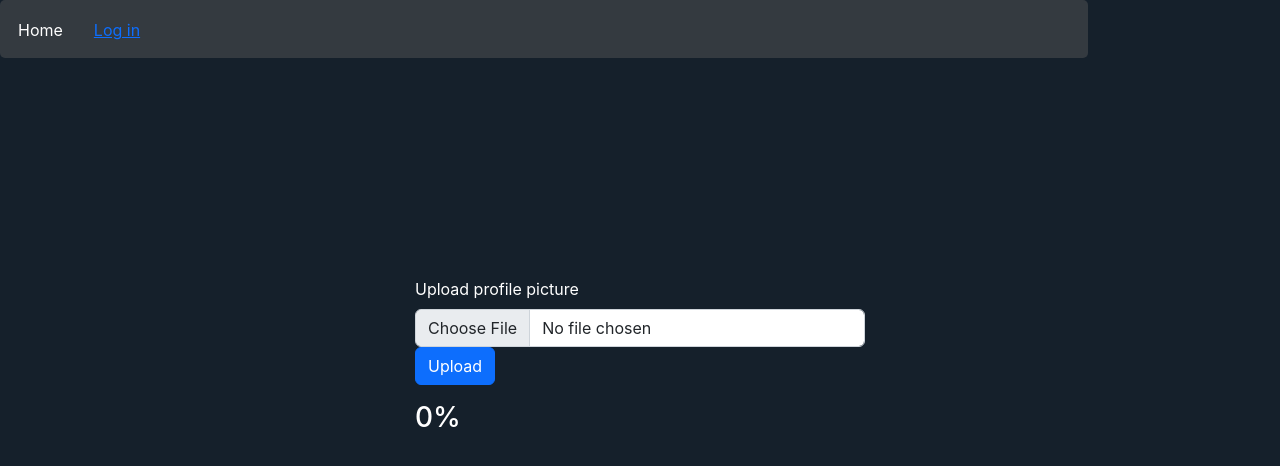
Repository: mark-itc/microblogging-roistyx
Page: /profile
The author's editor kept a copy of each file at every save. The page is drawn from the files as they stood at one save, then again after the next save.
The browser window is 1280 px wide. The pictures show the whole page.
The project was rebuilt for these pictures with package versions that can differ from the ones it lists, and the page was loaded fresh each time. Also part of the build but not shown: src/views/Profile.css, src/components/TweetsRenderContext.js, src/components/TweetPosterContext.js, src/components/Post.css, src/components/Post.js, src/views/TweetBox.js, src/views/Feed.css, src/views/Feed.js and 4 more.

Above is the page before, as saved 2022-12-14 15:10:23.

After the next save:
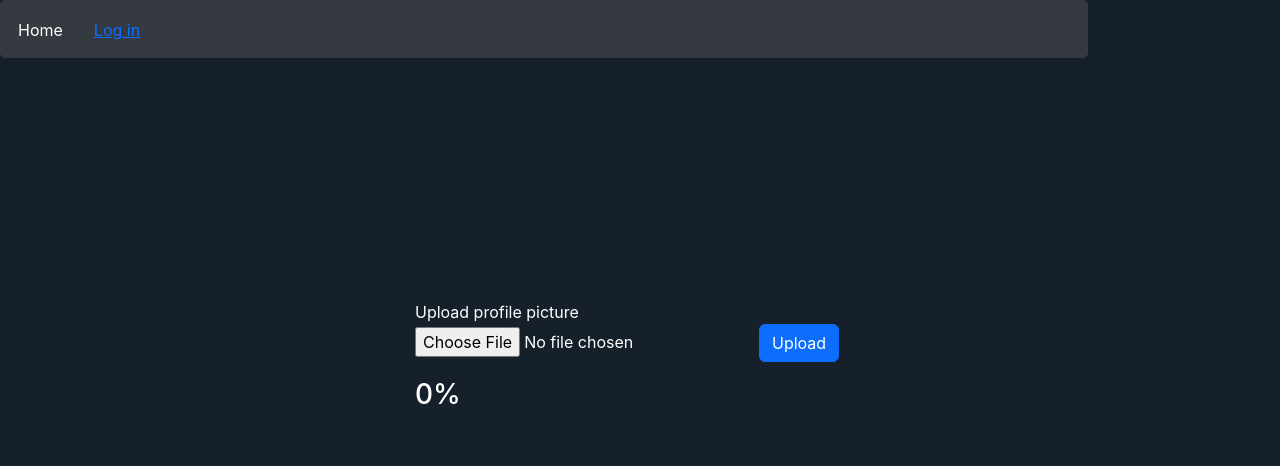
Saved 34 s later.
--- a/src/views/Profile.js
+++ b/src/views/Profile.js
@@ -86,8 +86,8 @@ export function Profile() {
   return (
     <>
       <form controlId="formFileDisabled" className="mb-3">
-        <Form.Label>Upload profile picture</Form.Label>
-        <Form.Control onChange={ (e) => console.log(e.target.value)
+        <label>Upload profile picture</label>
+        <input onChange={ (e) => console.log(e.target.value)
         //   (e)=> dispatch({
         //   type: ACTIONS.UPDATE_PIC,
         //   value: e.target.value,
